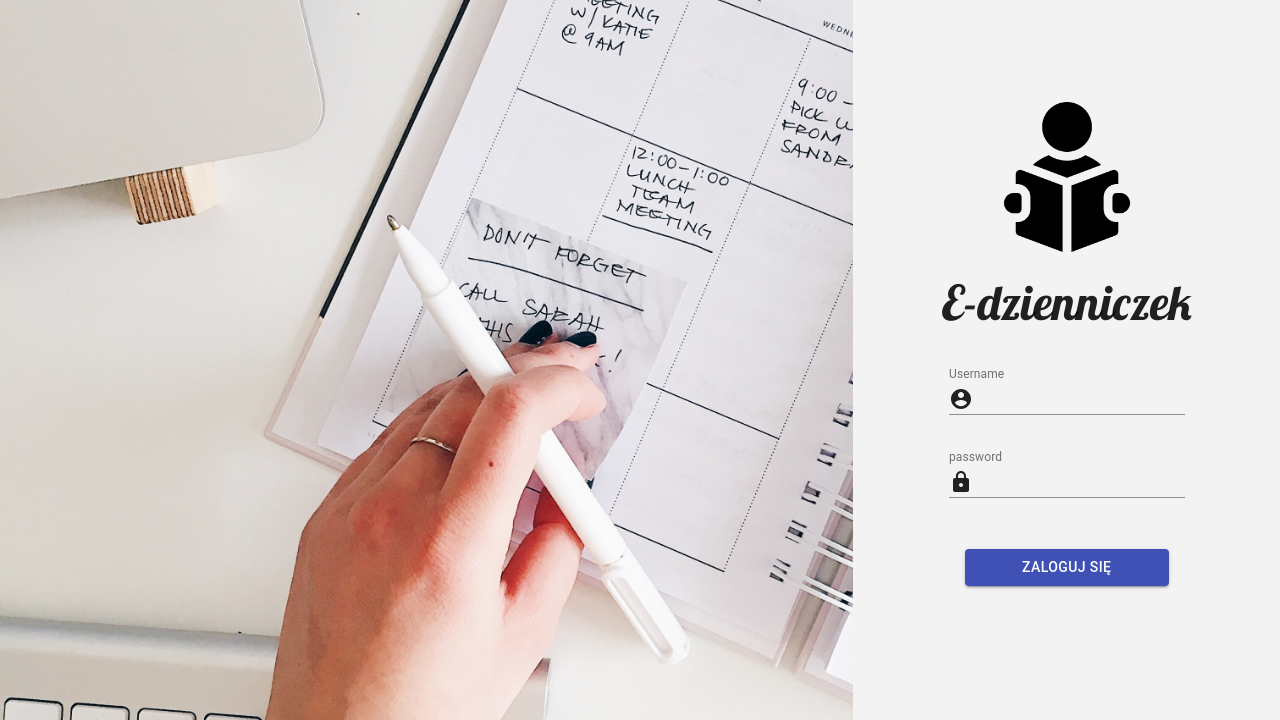
Repository: dominik3131/E-dzienniczek
Page: /
An editor plug-in stored every save of this project. The page is shown before and after a run of saves, followed by the edit.
The browser window is 1280 px wide. The pictures show the whole page.
The project was rebuilt for these pictures with package versions that can differ from the ones it lists, and the page was loaded fresh each time. Also part of the build but not shown: src/containers/LoginPageContainer/MainUserPageContainer/index.js.

Above is the page before, as saved 2020-11-18 12:39:31.

### public/index.html
<!DOCTYPE html>
<html lang="en">

<head>
  <meta charset="utf-8" />
  <meta name="viewport" content="width=device-width, initial-scale=1" />
  <meta name="theme-color" content="#f3f3f3" />
  <meta name="description" content="Web site created using create-react-app" />
  <link rel="stylesheet" type="text/css" href="//fonts.googleapis.com/css?family=Lobster" />
  <title>React App</title>
</head>

<body>
  <noscript>You need to enable JavaScript to run this app.</noscript>
  <div id="root"></div>
  <!--
      This HTML file is a template.
      If you open it directly in the browser, you will see an empty page.

      You can add webfonts, meta tags, or analytics to this file.
      The build step will place the bundled scripts into the <body> tag.

      To begin the development, run `npm start` or `yarn start`.
      To create a production bundle, use `npm run build` or `yarn build`.
    -->
</body>

</html>

### src/App.js
import "./App.css";
import {
  BrowserRouter as Router,
  Route,
  Switch,
  Redirect,
} from "react-router-dom";
import LoginPageContainer from "./containers/LoginPageContainer";
import MainUserPageContainer from "./containers/LoginPageContainer/MainUserPageContainer";
import { useUserLoggedIn } from "./services/useUserLoggedIn";
import { history } from "./helpers/history";

function App() {
  const authKey = useUserLoggedIn();
  return (
    <div className="App">
      <Router history={history}>
        <Switch>
          <Route exact path={["/", "/login"]}>
            {authKey ? <Redirect to="/main" /> : <LoginPageContainer />}
          </Route>
          <Route exact path="/main">
            {authKey ? <MainUserPageContainer /> : <Redirect to="/" />}
          </Route>
        </Switch>
      </Router>
    </div>
  );
}

export default App;

### src/App.css
*,
*::before,
*::after {
  box-sizing: border-box;
}

body {
  min-width: 280px;
}

.app {
  min-width: 100vw;
  min-height: 100vh;
  overflow: hidden;
}

### src/containers/LoginPageContainer/index.js
import React from "react";
import {
  MuiThemeProvider,
  createMuiTheme,
  makeStyles,
} from "@material-ui/core/styles";
import { CssBaseline, Grid, Box } from "@material-ui/core";
import useMediaQuery from "@material-ui/core/useMediaQuery";
import Typography from "@material-ui/core/Typography";
import background from "../../assets/background.jpg";
import { loginPanel as backgroundPanelColor } from "../../styles/background";
import readingBook from "../../assets/reading-book.png";
import LoginForm from "../../components/LoginForm/LoginForm";
import withLogin from "../../shared/withLogin";

const LoginFormWithHandleErrorAndLoading = withLogin(LoginForm);

const theme = createMuiTheme({
  overrides: {
    MuiCssBaseline: {
      "@global": {
        body: {
          background: `url(${background}) no-repeat fixed left `,
          backgroundSize: `100%`,
        },
      },
    },
  },
});

const useStyles = makeStyles((theme) => ({
  root: {
    display: "flex",
    flexDirection: "column",
    justifyContent: "center",
    alignItems: "center",
    minHeight: "100vh",
    width: "100%",
    backgroundColor: backgroundPanelColor,
  },
  img: {
    [theme.breakpoints.down("sm")]: {
      width: "100px",
    },
    [theme.breakpoints.up("sm")]: {
      width: "150px",
    },
  },
  h2: {
    fontFamily: "Lobster, open-sans",
    margin: "5% 0",
  },
}));

const LoginPageContainer = () => {
  const matches = useMediaQuery("(min-width:600px)");
  const classes = useStyles();
  return (
    <MuiThemeProvider theme={theme}>
      <CssBaseline />
      <Grid container justify="flex-end">
        <Grid container item md={4} sm={6}>
          <Box className={classes.root}>
            <img className={classes.img} src={readingBook} alt="Logo" />
            <Typography variant={matches ? "h3" : "h4"} className={classes.h2}>
              E-dzienniczek
            </Typography>
            <LoginFormWithHandleErrorAndLoading />
          </Box>
        </Grid>
      </Grid>
    </MuiThemeProvider>
  );
};

export default LoginPageContainer;

### src/services/useUserLoggedIn.js
import { useSelector } from "react-redux";

export const useUserLoggedIn = () =>
  useSelector((store) => store.auth.isLoggedIn);

### src/styles/background.js
export const loginPanel = "#f3f3f3";

### src/components/LoginForm/LoginForm.js
import React, { useState } from "react";
import { useSelector } from "react-redux";
import InputAdornment from "@material-ui/core/InputAdornment";
import AccountCircle from "@material-ui/icons/AccountCircle";
import LockRoundedIcon from "@material-ui/icons/LockRounded";
import { Button, TextField } from "@material-ui/core";
import Alert from "@material-ui/lab/Alert";
import { makeStyles } from "@material-ui/core/styles";

const useStyles = makeStyles((theme) => ({
  root: {
    display: "flex",
    flexDirection: "column",
    "& .MuiFormControl-root": {
      margin: theme.spacing(2),
      width: "30ch",
    },
  },
  margin: {
    margin: theme.spacing(4),
  },
}));

const LoginForm = ({ validateErrors, tryLogin, showErrors }) => {
  const [data, setData] = useState({
    username: "",
    password: "",
  });
  const apiErrorsMessage = useSelector((store) => store.message.message);
  const handleChange = (e) =>
    setData({ ...data, [e.target.name]: e.target.value });
  const classes = useStyles();
  return (
    <form className={classes.root} noValidate autoComplete="off">
      {apiErrorsMessage ? (
        <Alert variant="filled" severity="error">
          {apiErrorsMessage}
        </Alert>
      ) : null}
      <TextField
        id="username"
        name="username"
        helperText={showErrors("email")}
        error={validateErrors.email.length > 0 || null}
        label="Username"
        InputProps={{
          startAdornment: (
            <InputAdornment position="start">
              <AccountCircle />
            </InputAdornment>
          ),
        }}
        onChange={handleChange}
      />
      <TextField
        id="password"
        name="password"
        label="password"
        error={validateErrors.password.length > 0 || null}
        helperText={showErrors("password")}
        InputProps={{
          startAdornment: (
            <InputAdornment position="start">
              <LockRoundedIcon />
            </InputAdornment>
          ),
        }}
        type="password"
        onChange={handleChange}
      />
      <Button
        variant="contained"
        color="primary"
        className={classes.margin}
        onClick={() => tryLogin({ ...data })}
      >
        Zaloguj się
      </Button>
    </form>
  );
};

export default LoginForm;

### src/shared/withLogin.js
import { React, useState } from "react";
import { useDispatch } from "react-redux";
import { login } from "../actions/auth";
import { loginFieldsValidate } from "../validation/login";
import { useHistory } from "react-router-dom";
import CircularProgress from "@material-ui/core/CircularProgress";

// eslint-disable-next-line import/no-anonymous-default-export
export default (Cmp) => {
  return (props) => {
    const [loading, setLoading] = useState(false);
    const [errors, setErrors] = useState({
      email: [],
      password: [],
    });
    const history = useHistory();
    const dispatch = useDispatch();

    if (loading) {
      return <CircularProgress />;
    }
    const logIn = ({ username, password }) => {
      setLoading(true);
      const newErrors = loginFieldsValidate(username, password);
      setErrors(newErrors);
      if (newErrors.email.length === 0 && newErrors.password.length === 0) {
        dispatch(login(username, password)).then(() => {
          setLoading(false);
          history.push("/main");
        });
      } else setLoading(false);
    };

    const showErrors = (field) => {
      return (
        errors[field].map((err) => (
          <span key={err}>
            {err}
            <br />
          </span>
        )) || null
      );
    };

    return (
      <Cmp
        {...props}
        tryLogin={logIn}
        validateErrors={errors}
        showErrors={showErrors}
      />
    );
  };
};

### src/reducers/auth.js
import { LOGIN_SUCCESS, LOGIN_FAIL, LOGOUT } from "../actions/types";

const user = JSON.parse(localStorage.getItem("user"));

const initialState = user
  ? { isLoggedIn: true, user }
  : { isLoggedIn: false, user: null };

// eslint-disable-next-line import/no-anonymous-default-export
export default function (state = initialState, action) {
  const { type, payload } = action;

  switch (type) {
    case LOGIN_SUCCESS:
      return {
        ...state,
        isLoggedIn: true,
        user: payload.user,
      };
    case LOGIN_FAIL:
      return {
        ...state,
        isLoggedIn: false,
        user: null,
      };
    case LOGOUT:
      return {
        ...state,
        isLoggedIn: false,
        user: null,
      };
    default:
      return state;
  }
}

### src/reducers/message.js
import { SET_MESSAGE, CLEAR_MESSAGE } from "../actions/types";

const initialState = {};

// eslint-disable-next-line import/no-anonymous-default-export
export default function (state = initialState, action) {
  const { type, payload } = action;

  switch (type) {
    case SET_MESSAGE:
      return { message: payload };

    case CLEAR_MESSAGE:
      return { message: "" };

    default:
      return state;
  }
}

### src/actions/auth.js
import { LOGIN_SUCCESS, LOGIN_FAIL, LOGOUT, SET_MESSAGE } from "./types";
import AuthService from "../services/auth.service";

export const login = (username, password) => (dispatch) => {
  return AuthService.login(username, password).then(
    (data) => {
      dispatch({
        type: LOGIN_SUCCESS,
        payload: { user: data },
      });

      return Promise.resolve();
    },
    (error) => {
      const message =
        (error.response &&
          error.response.data &&
          error.response.data.message) ||
        error.message ||
        error.toString();

      dispatch({
        type: LOGIN_FAIL,
      });

      dispatch({
        type: SET_MESSAGE,
        payload: message,
      });

      return Promise.reject();
    }
  );
};

export const logout = () => (dispatch) => {
  AuthService.logout();

  dispatch({
    type: LOGOUT,
  });
};

### src/validation/login.js
import validator from "validator";

export const loginFieldsValidate = (username, password) => {
  let errors = {
    email: [],
    password: [],
  };
  if (validator.isEmpty(username) || !validator.isEmail(username)) {
    errors.email.push("Podaj adres e-mail!");
  }
  if (validator.isEmpty(password)) {
    errors.password.push("Wprowadź hasło!");
  }
  if (password.length < 5) {
    errors.password.push("Hasło musi zawierać conajmniej 5 znaków");
  }
  // debugger;
  return errors;
};

### src/services/auth.service.js
import axios from "axios";
import { loginApiUrl } from "../helpers/routes";

class AuthService {
  async login(username, password) {
    return await axios
      .post(`${loginApiUrl()}`, { username, password })
      .then((response) => {
        if (response.data.key) {
          localStorage.setItem("user", JSON.stringify(response.data));
        }
        return response.data;
      });
  }

  logout() {
    localStorage.removeItem("user");
  }
}

export default new AuthService();

### src/helpers/routes.js
const serverUrl = "https://e-dzienniczek.herokuapp.com";

export const loginApiUrl = () => `${serverUrl}/api/login`;

Loaded but not shown: src/index.js (common file); src/index.css (common file); src/reportWebVitals.js (common file); src/store.js (common file); src/helpers/history.js (common file); src/reducers/index.js (common file); src/actions/types.js (common file)

After the next 2 saves:
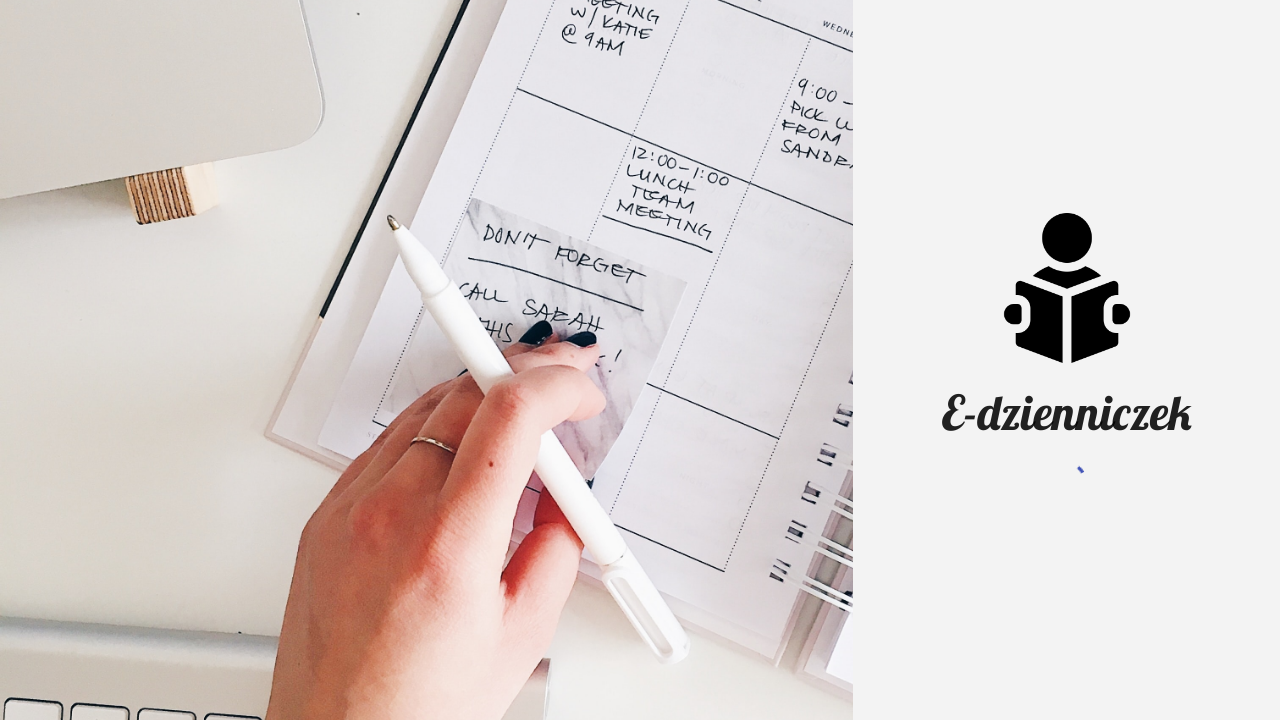
The 2 saves are shown as one change because 1 did not build or start.
The last was saved 4 min 17 s later.
--- a/src/shared/withLogin.js
+++ b/src/shared/withLogin.js
@@ -16,9 +16,6 @@ export default (Cmp) => {
     const history = useHistory();
     const dispatch = useDispatch();
 
-    if (loading) {
-      return <CircularProgress />;
-    }
     const logIn = ({ username, password }) => {
       setLoading(true);
       const newErrors = loginFieldsValidate(username, password);
@@ -43,12 +40,19 @@ export default (Cmp) => {
     };
 
     return (
-      <Cmp
-        {...props}
-        tryLogin={logIn}
-        validateErrors={errors}
-        showErrors={showErrors}
-      />
+      <div>
+        {loading ? (
+          <Cmp
+            {...props}
+            tryLogin={logIn}
+            isLoading={loading}
+            validateErrors={errors}
+            showErrors={showErrors}
+          />
+        ) : (
+          <CircularProgress />
+        )}
+      </div>
     );
   };
 };
